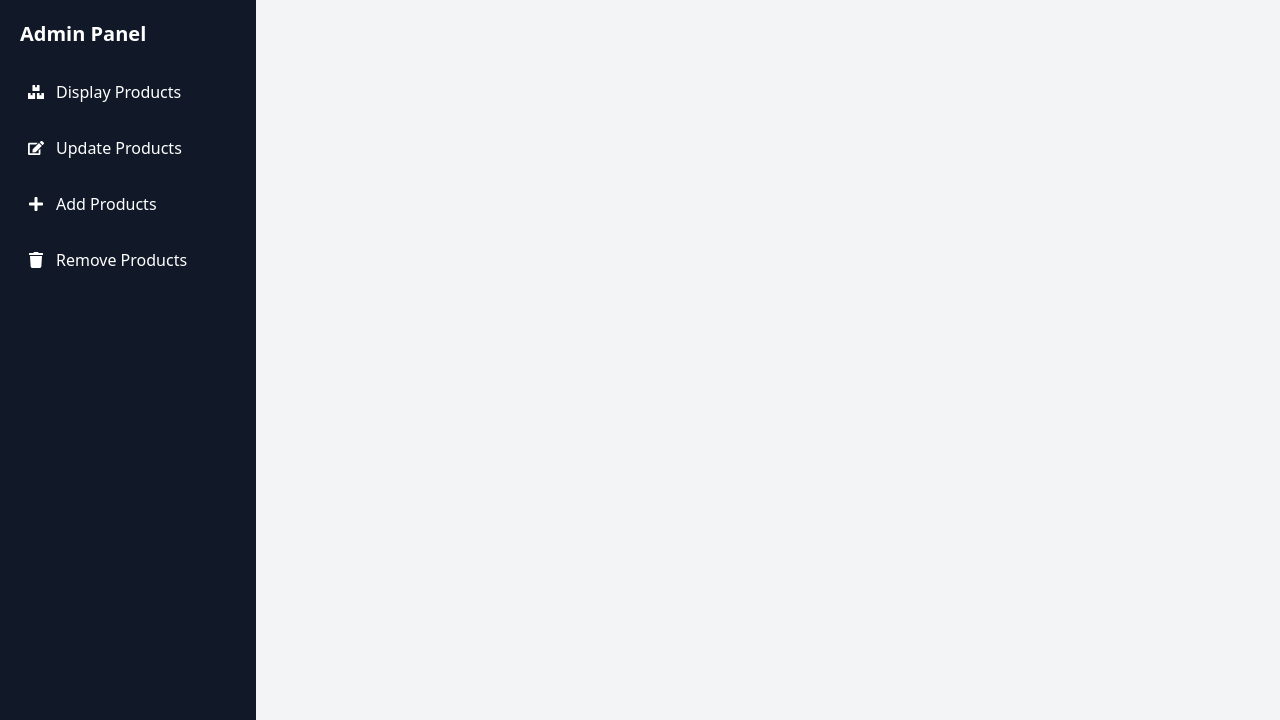
Repository: prathyushaa5/BuyYours
Page: /admin-dashboard (app in Frontend/)
These files come from the project's save history. The page is drawn as it stood at one moment and after the next save; the edit follows.
The browser window is 1280 px wide. The pictures show the whole page.
The project was rebuilt for these pictures with package versions that can differ from the ones it lists, and the page was loaded fresh each time. Also part of the build but not shown: Frontend/vite.config.js, Frontend/src/components/Main.jsx, Frontend/src/components/Login.jsx, Frontend/src/components/Signup.jsx, Frontend/src/components/Home.jsx, Frontend/src/components/Navbar.jsx, Frontend/src/components/Categories.jsx, Frontend/src/components/Product.jsx and 6 more. Imported but missing from the stored project, and not drawn on this page: Frontend/src/components/Orders.

Above is the page before, as saved 2025-02-16 18:50:16.

After the next save:
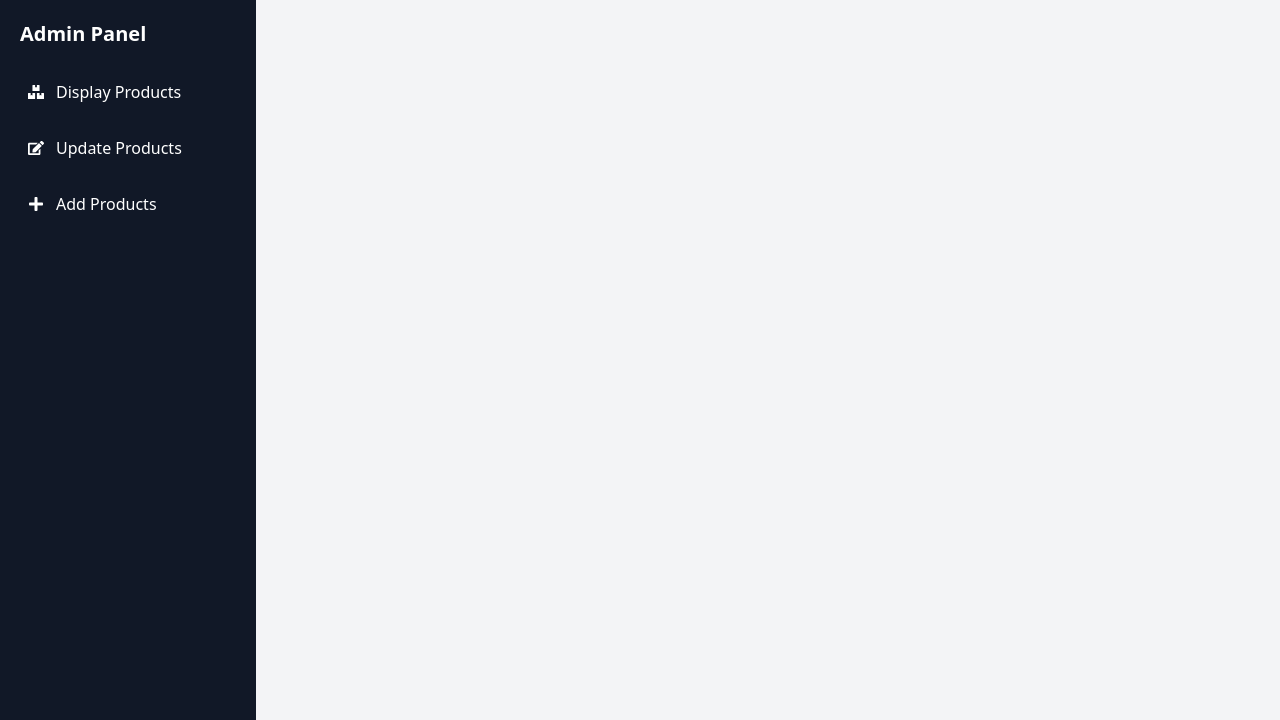
Saved 20 s later.
--- a/Frontend/src/components/Admin/Sidebar.jsx
+++ b/Frontend/src/components/Admin/Sidebar.jsx
@@ -19,10 +19,7 @@ const Sidebar = () => {
           <FaPlus />
           <NavLink to="add-products" className="text-white">Add Products</NavLink>
         </li>
-        <li className="flex items-center space-x-3 hover:bg-gray-700 p-2 rounded">
-          <FaTrash />
-          <NavLink to="remove-products" className="text-white">Remove Products</NavLink>
-        </li>
+
       </ul>
     </div>
   );
